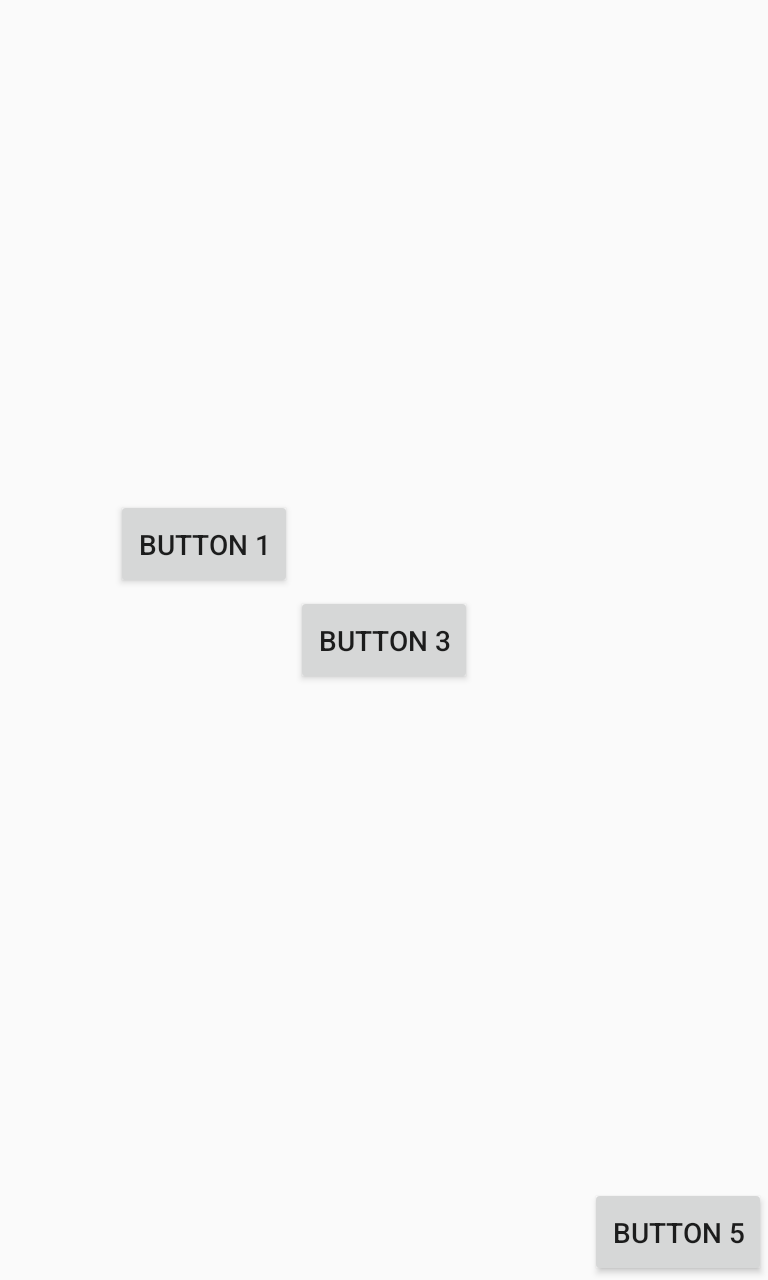
Repository: guyuzhilian/Programs
Layout: Android/UILayoutTest/res/layout/activity_main.xml
These files come from the project's save history. The layout is drawn as it stood at one moment and after the next save; the edit follows.
It is drawn on a 768 x 1280 px phone screen (xhdpi) without system bars, with theme AppTheme; the app's code is not run.

Above is the layout before, as saved 2015-06-25 08:38:53.

### Android/UILayoutTest/res/layout/activity_main.xml
<RelativeLayout xmlns:android="http://schemas.android.com/apk/res/android"
    android:layout_width="match_parent"
    android:layout_height="match_parent" >

	<Button
	    android:id="@+id/button3"
	    android:layout_width="wrap_content"
	    android:layout_height="wrap_content"
	    android:layout_centerInParent="true"
	    android:text="Button 3" />

	<Button
	    android:id="@+id/button1"
	    android:layout_width="wrap_content"
	    android:layout_height="wrap_content"
	    android:layout_above="@id/button3"
	    android:layout_toLeftOf="@id/button3"
	    android:text="Button 1" />

	<Button
	    android:id="@+id/button5"
	    android:layout_width="wrap_content"
	    android:layout_height="wrap_content"
	    android:layout_alignParentRight="true"
	    android:layout_alignParentBottom="true"
	    android:text="Button 5" />
</RelativeLayout>

Loaded but not shown: Android/UILayoutTest/res/values/styles.xml (common file); Android/UILayoutTest/res/values-v11/styles.xml (common file); Android/UILayoutTest/res/values-v14/styles.xml (common file)

After the next save:
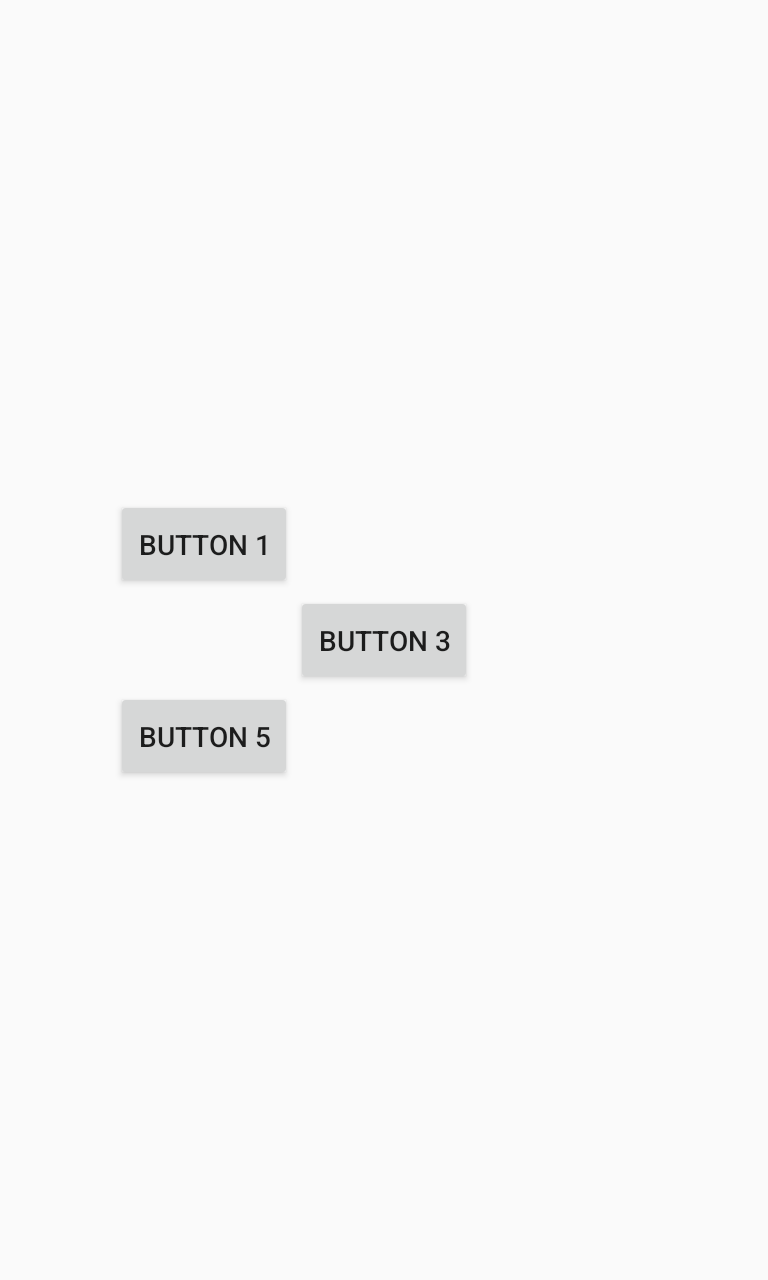
Saved 33 s later.
--- a/Android/UILayoutTest/res/layout/activity_main.xml
+++ b/Android/UILayoutTest/res/layout/activity_main.xml
@@ -18,10 +18,10 @@
 	    android:text="Button 1" />
 
 	<Button
-	    android:id="@+id/button5"
+	    android:id="@+id/button2"
 	    android:layout_width="wrap_content"
 	    android:layout_height="wrap_content"
-	    android:layout_alignParentRight="true"
-	    android:layout_alignParentBottom="true"
+	    android:layout_below="@id/button3"
+	    android:layout_toLeftOf="@id/button3"
 	    android:text="Button 5" />
 </RelativeLayout>
